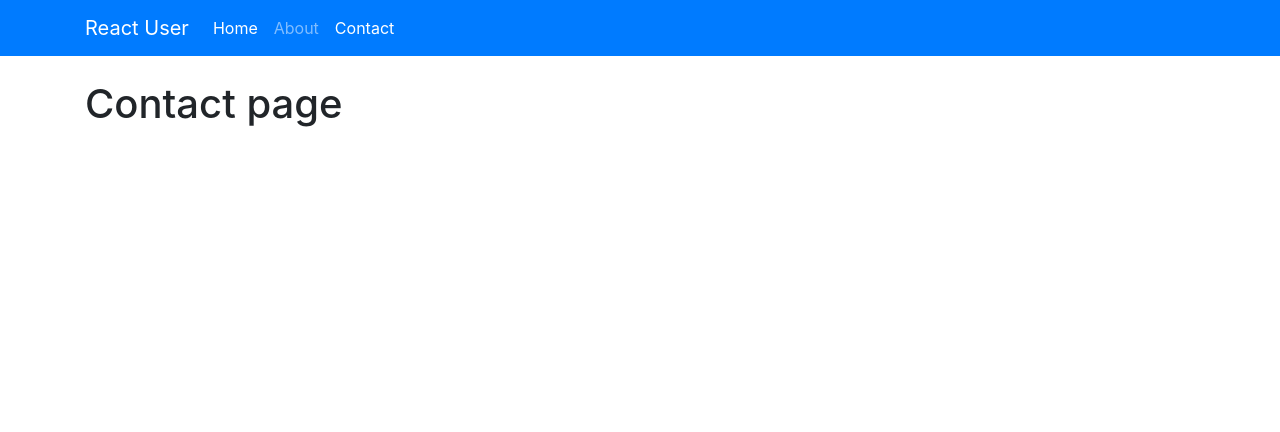
Repository: hardik2626/reactcrud2020
Page: /contact
These files come from the project's save history. The page is drawn as it stood at one moment and after a run of saves; the edit follows.
The browser window is 1280 px wide. The pictures show the whole page.
The project was rebuilt for these pictures with package versions that can differ from the ones it lists, and the page was loaded fresh each time. Also part of the build but not shown: src/index.css, src/App.css, src/component/pages/Home.js, src/component/pages/About.js.

Above is the page before, as saved 2020-10-28 17:57:12.

### src/App.js

import './App.css';
import '../node_modules/bootstrap/dist/css/bootstrap.css'
import Home from './component/pages/Home';
import About from './component/pages/About';
import Contact from './component/pages/Contact';
import Navbar from './component/layout/Navbar';
import {BrowserRouter as Router, Route, Switch} from 'react-router-dom'

function App() {
  return (
    <Router>
      <div className="App">
        <Navbar />
        <Switch>
          <Route exact path="/" component={Home} />
          <Route exact path="/about" component={About} />
          <Route exact path="/contact" component={Contact} />
        </Switch>
    </div>
    </Router>
  );
}

export default App;

### src/component/pages/Contact.js
import React from 'react'

const Contact = () => {
    return (
        <>
            <div className="container">
                <div className="py-4">
                    <h1>Contact page</h1>
                </div>
            </div>
        </>
    )
}

export default Contact

### src/component/layout/Navbar.js
import React from 'react'
import { NavLink } from 'react-router-dom'

const Navbar = () => {
    return (
        <>
            <nav className="navbar navbar-expand-lg navbar-dark  bg-primary">
                <div className="container">
                <NavLink className="navbar-brand" to="/">React User</NavLink>
                    <button className="navbar-toggler" type="button" data-toggle="collapse" data-target="#navbarSupportedContent" aria-controls="navbarSupportedContent" aria-expanded="false" aria-label="Toggle navigation">
                        <span className="navbar-toggler-icon"></span>
                    </button>

                    <div className="collapse navbar-collapse">
                        <ul className="navbar-nav mr-auto">
                        <li className="nav-item active">
                            <NavLink className="nav-link" to="/">Home</NavLink>
                        </li>
                        <li className="nav-item">
                            <NavLink className="nav-link" to="/about">About</NavLink>
                        </li>
                        <li className="nav-item">
                            <NavLink className="nav-link" to="/contact">Contact</NavLink>
                        </li>



                        </ul>
                    </div>
                </div>
            </nav>
        </>
    )
}

export default Navbar

Loaded but not shown: public/index.html (common file); src/index.js (common file)

After the next 2 saves:
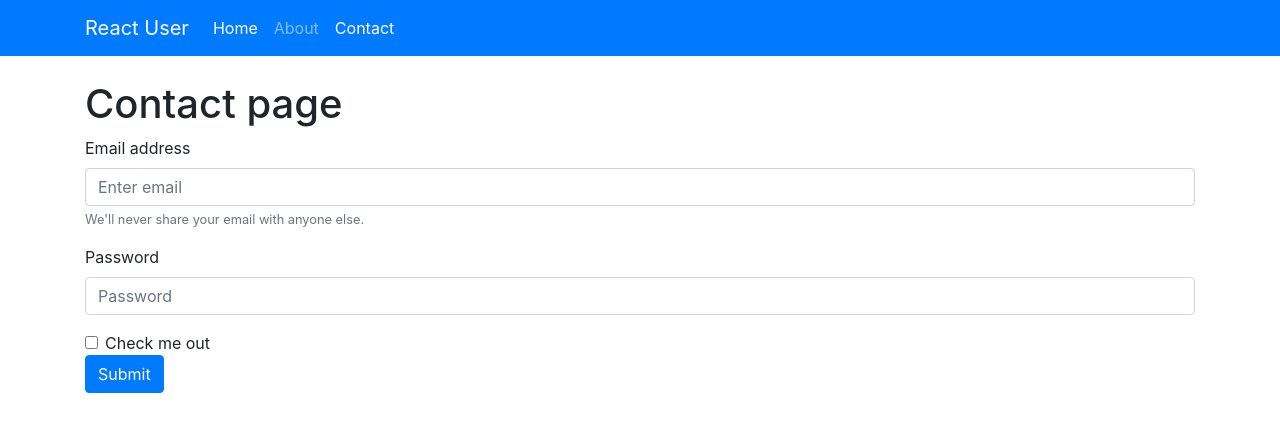
The 2 saves are shown as one change because 1 did not build or start.
The last was saved 81 s later.
--- a/src/component/pages/Contact.js
+++ b/src/component/pages/Contact.js
@@ -6,6 +6,22 @@ const Contact = () => {
             <div className="container">
                 <div className="py-4">
                     <h1>Contact page</h1>
+                    <form>
+                        <div class="form-group">
+                            <label for="exampleInputEmail1">Email address</label>
+                            <input type="email" class="form-control" id="exampleInputEmail1" aria-describedby="emailHelp" placeholder="Enter email" />
+                            <small id="emailHelp" class="form-text text-muted">We'll never share your email with anyone else.</small>
+                        </div>
+                        <div class="form-group">
+                            <label for="exampleInputPassword1">Password</label>
+                            <input type="password" class="form-control" id="exampleInputPassword1" placeholder="Password" />
+                        </div>
+                        <div class="form-check">
+                            <input type="checkbox" class="form-check-input" id="exampleCheck1" />
+                            <label class="form-check-label" for="exampleCheck1">Check me out</label>
+                        </div>
+                        <button type="submit" class="btn btn-primary">Submit</button>
+                    </form>
                 </div>
             </div>
         </>
